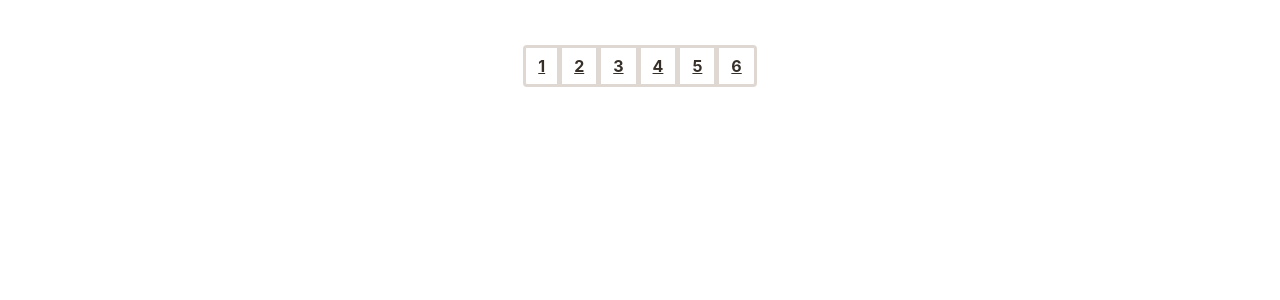
Repository: JK27/idioms-english-spanish
Page: http://localhost/
The author's editor kept a record of every edit. The page is drawn from the files as they stood at one moment, then again after the next edit.
The browser window is 1280 px wide. The pictures show the whole page.
Some web libraries are served in a nearby version. The page is served by the project's application, run on Flask 3 (idioms.py). Queries for data that is not in the repository find no rows.

Above is the page before.

### templates/idioms.html
{% extends "base.html" %} {% block content %}

<!------------------------------------------------------------------ Header row-->
<div class="row header-row">
    <!--<div class="col">-->
        <div class="d-none col-5">
            <h2>Spanish Idiom</h2>
        </div>
    <!--</div>-->
    <!--<div class="col">-->
        <div class="d-none col-md-2">
            <a class="btn btn-success btn-sm" id="add-button" href="{{url_for('add_idiom')}}" role="button"><strong>Add idiom </strong><i class="fas fa-plus-circle"></i></a>
        </div>
    <!--</div>-->
    <!--<div class="col">-->
        <div class="d-none col-md-5">
            <h2>English Idiom</h2>
        </div>
    <!--</div>-->
</div>
{% for idiom in idioms %}

<div class="row">
    <!----------------------------------------------------------------------------- Spanish idiom card-->

    <!--<div class="col-12 col-md-none mobile-card">-->
    <!--    <h4>Spanish Idiom</h4>-->
    <!--</div>-->
    <div class="card col-12 col-md-5" id="idiom-card">
        <div class="card-body">
            <h5 class="card-title"><em>"{{idiom.spanish_idiom}}"</em></h5>
            <p class="card-text"> {{idiom.english_literal}}</p>
            <p class="card-text">{{idiom.english_meaning}}</p>
        </div>
    </div>
    <!------------------------------------------------------------------------------ Middle column-->
    <div class="card middle-column col-12 col-md-2">
        <h5 class="card-title d-none d-md-block"><em>Equivalent idiom</em></h5>
        <p class="card-text d-none d-md-block">Literal translation</p>
        <p class="card-text d-none d-md-block">Meaning</p>
        <a class="btn btn-primary btn-sm middle-button" id="edit-button" href="{{url_for('edit_idiom', idiom_id=idiom._id)}}" role="button"><strong>Edit this idiom </strong><i class="fas fa-edit"></i></a>
        <a class="btn btn-danger btn-sm middle-button" id="delete-button" data-toggle="modal" href="#deletion-modal{{ idiom._id }}" role="button"><strong>Delete this idiom </strong><i class="fas fa-trash-alt"></i></a>

        <!-------------------------------------------------------------------------- Deletion modal-->

        <div class="modal" tabindex="-1" role="dialog" id="deletion-modal{{ idiom._id }}">
            <div class="modal-dialog" role="document">
                <div class="modal-content">
                    <div class="modal-header">
                        <h5 class="modal-title">Para el carro! - Hold your horses!</h5>
                        <button type="button" class="close" data-dismiss="modal" aria-label="Close">
          <span aria-hidden="true">&times;</span>
        </button>
                    </div>
                    <div class="modal-body">
                        <h6>Are you sure you want to delete this idiom?</h6>
                        <h5><em>"{{idiom.spanish_idiom}}"</em></h5>
                    </div>
                    <div class="modal-footer">
                        <button class="btn btn-secondary  btn-sm middle-button" id="cancel-button" data-dismiss="modal"><strong>Cancel </strong><i class="fas fa-undo-alt"></i></button>
                        <a class="btn btn-danger btn-sm middle-button" id="delete-button" href="{{url_for('delete_idiom', idiom_id=idiom._id)}}" role="button"><strong>Delete this idiom </strong><i class="fas fa-trash-alt"></i></a>
                    </div>
                </div>
            </div>
        </div>
    </div>

    <!----------------------------------------------------------------------------- English idiom card-->

    <!--<div class="col-12 col-md-none mobile-card">-->
    <!--    <h4>English Idiom</h4>-->
    <!--</div>-->
    <div class="card col-12 col-md-5" id="idiom-card">
        <div class="card-body">
            <h5 class="card-title"><em>"{{idiom.english_idiom}}"</em></h5>
            <p class="card-text">{{idiom.spanish_literal}}</p>
            <p class="card-text">{{idiom.spanish_meaning}}</p>
        </div>
    </div>

    <hr class="block-divider block-divider--long">

</div>

{% endfor %}

<div class="row">
    <div class="col">
        <nav aria-label="Page navigation">
            <ul class="pagination justify-content-center">
                <li class="page-item"><a class="page-link" href="{{url_for('get_idioms')}}"><strong>1</strong></a></li>
                <li class="page-item"><a class="page-link" href="{{url_for('page_two')}}"><strong>2</strong></a></li>
                <li class="page-item"><a class="page-link" href="{{url_for('page_three')}}"><strong>3</strong></a></li>
                <li class="page-item"><a class="page-link" href="{{url_for('page_four')}}"><strong>4</strong></a></li>
                <li class="page-item"><a class="page-link" href="{{url_for('page_five')}}"><strong>5</strong></a></li>
                <li class="page-item"><a class="page-link" href="{{url_for('page_six')}}"><strong>6</strong></a></li>
            </ul>
        </nav>
    </div>
</div>


{% endblock %}

### templates/base.html
<!DOCTYPE html>
<html lang="en">

<head>
    <meta charset="UTF-8">
    <meta name="viewport" content="width=device-width, initial-scale=1.0">
    <meta http-equiv="X-UA-Compatible" content="ie=edge">

    <link href="https://stackpath.bootstrapcdn.com/bootstrap/4.3.1/css/bootstrap.min.css" rel="stylesheet" integrity="sha384-ggOyR0iXCbMQv3Xipma34MD+dH/1fQ784/j6cY/iJTQUOhcWr7x9JvoRxT2MZw1T" crossorigin="anonymous">
    <link rel="stylesheet" href="{{url_for('static', filename='css/style.css')}}" type="text/css" />



    <title>Idioms English - Spanish</title>
</head>

<body>
    <div class="container">
        {% block content %} {% endblock %}
    </div>

    <script src="https://cdnjs.cloudflare.com/ajax/libs/jquery/3.4.1/jquery.min.js" integrity="sha256-CSXorXvZcTkaix6Yvo6HppcZGetbYMGWSFlBw8HfCJo=" crossorigin="anonymous"></script>
    <script src="https://stackpath.bootstrapcdn.com/bootstrap/4.3.1/js/bootstrap.min.js" integrity="sha384-JjSmVgyd0p3pXB1rRibZUAYoIIy6OrQ6VrjIEaFf/nJGzIxFDsf4x0xIM+B07jRM" crossorigin="anonymous"></script>
    <script src="https://kit.fontawesome.com/5d6ba07855.js"></script>

</body>

</html>

### idioms.py
import os
from flask import Flask, render_template, redirect, request, url_for
from flask_pymongo import PyMongo, pymongo
from bson.objectid import ObjectId

app = Flask(__name__)

app.config["MONGO_DBNAME"] = "idioms-and-proverbs"
app.config["MONGO_URI"] = "mongodb+srv://jk27:07diciembre18@cluster0-9pga0.mongodb.net/idioms-and-proverbs?retryWrites=true&w=majority"

mongo = PyMongo(app)

@app.route("/")
@app.route("/get_idioms")
def get_idioms():

    pageSize = 10
    pageNum = 1

    return render_template("idioms.html", idioms=mongo.db.idioms.find().skip(pageSize*(pageNum-1)).limit(pageSize).sort("_id", -1))

@app.route("/page_two")
def page_two():

    pageSize = 10
    pageNum = 2

    return render_template("idioms.html", idioms=mongo.db.idioms.find().skip(pageSize*(pageNum-1)).limit(pageSize).sort("_id", -1))

@app.route("/page_three")
def page_three():

    pageSize = 10
    pageNum = 3

    return render_template("idioms.html", idioms=mongo.db.idioms.find().skip(pageSize*(pageNum-1)).limit(pageSize).sort("_id", -1))

@app.route("/page_four")
def page_four():

    pageSize = 10
    pageNum = 4

    return render_template("idioms.html", idioms=mongo.db.idioms.find().skip(pageSize*(pageNum-1)).limit(pageSize).sort("_id", -1))

@app.route("/page_five")
def page_five():

    pageSize = 10
    pageNum = 5

    return render_template("idioms.html", idioms=mongo.db.idioms.find().skip(pageSize*(pageNum-1)).limit(pageSize).sort("_id", -1))

@app.route("/page_six")
def page_six():

    pageSize = 10
    pageNum = 6

    return render_template("idioms.html", idioms=mongo.db.idioms.find().skip(pageSize*(pageNum-1)).limit(pageSize).sort("_id", -1))




# ---------------------------------------------------------------------     Functions to add idioms -- #
@app.route("/add_idiom")
def add_idiom():
    return render_template("addidiom.html")

@app.route("/insert_idiom", methods=["POST"])                           #-- Data from form in addidiom.html is posted using this function...
def insert_idiom():
    idioms = mongo.db.idioms                                            #-- ... data is inserted to the idioms database...
    idioms.insert_one(request.form.to_dict())                           #-- ... inserting one item to the dictionary...
    return redirect(url_for("get_idioms"))                              #-- ... and then redirecting to /get_idioms

# ---------------------------------------------------------------------     Functions to edit idioms -- #
@app.route("/edit_idiom/ <idiom_id>")
def edit_idiom(idiom_id):                                               #-- Use idiom_id to target the idiom that want to edit
    the_idiom = mongo.db.idioms.find_one({"_id":ObjectId(idiom_id)})    #-- Retrieve the idiom from the idioms database, using its id to find it...
    return render_template("editidiom.html", idiom=the_idiom)           #-- ... and then redirecting to /editidiom.html

@app.route("/update_idiom/<idiom_id>", methods=["POST"])                #-- Data from form in editidiom.html is posted using this function...
def update_idiom(idiom_id):
    idioms = mongo.db.idioms                                            #-- ... data is updated in the idioms database...
    idioms.update({"_id":ObjectId(idiom_id)},                           #-- ... updating the item with a specific id...
    {
        "spanish_idiom": request.form.get("spanish_idiom"),             #-- ... each field for that item will be updated taking the input from...
        "english_literal": request.form.get("english_literal"),         #-- ... the corresponding field on the form
        "english_meaning": request.form.get("english_meaning"),
        "english_idiom": request.form.get("english_idiom"),
        "spanish_literal": request.form.get("spanish_literal"),
        "spanish_meaning": request.form.get("spanish_meaning")
    })
    return redirect(url_for("get_idioms"))

# -------------------------------------------------------------------- Function to delete idioms -- #
@app.route("/delete_idiom/<idiom_id>")
def delete_idiom(idiom_id):
    mongo.db.idioms.remove({"_id": ObjectId(idiom_id)})
    return redirect(url_for("get_idioms"))





if __name__ == "__main__":
    app.run(host=os.environ.get("IP"),
            port=int(os.environ.get("PORT")),
            debug=True)

### static/css/style.css
/*----------------------------------------------------------------- Header row */

h2 {
    text-align: center;
    text-decoration: underline;
}

.header-row {
    margin-top: 30px;
    margin-bottom: 15px;
}

.row {
    margin-right: 0px;
    margin-left: 0px;
}

#add-button {
    width: 100%;
    margin-top: 10px;
    background-color: #51774c;
    border-color: #51774c;
    border-width: medium;
}

#add-button:hover,
#add-button:active,
#add-button:focus,
#add-button:active:focus {
    color: #51774c;
    text-decoration: none;
    background-color: #ffffff;
    border-color: #51774c;
}

/*--------------------------------------------------------------------- Cards */

.card {
    margin-bottom: 15px;
}

#idiom-card {
    background-color: #ffcc9926;
    border-width: medium;
}

.mobile-card {
    text-decoration: underline;
    text-align: center;
}

/*--------------------------------------------------------------- Middle column */

.middle-column {
    border: 0;
    padding-top: 20px;
    text-align: center;
}

/* ------------------------------------------------------------------- Buttons */

.middle-button {
    margin-bottom: 5px;
}

.btn-block {
    margin-right: 15px;
    margin-left: 15px;
}

#edit-button {
    background-color: #7111b9;
    border-color: #7111b9;
    border-width: medium;
}

#edit-button:hover,
#edit-button:active,
#edit-button:focus,
#edit-button:active:focus {
    color: #7111b9;
    text-decoration: none;
    background-color: #ffffff;
    border-color: #7111b9;
}

#delete-button {
    background-color: #920815;
    border-color: #920815;
    border-width: medium;
}

#delete-button:hover,
#delete-button:active,
#delete-button:focus,
#delete-button:active:focus {
    color: #920815;
    text-decoration: none;
    background-color: #ffffff;
    border-color: #920815;
}

/*----------------------------------------------------------------- Block divider */

.block-divider {
    width: 100%;
    height: 5px;
    border: 0;
    background-color: #dfd8d2;
}

/*------------------------------------------------------------------ Deletion modal */

#cancel-button {
    background-color: #33373a;
    border-color: #33373a;
    border-width: medium;
}

#cancel-button:hover,
#cancel-button:active,
#cancel-button:focus,
#cancel-button:active:focus {
    color: #33373a;
    text-decoration: none;
    background-color: #ffffff;
    border-color: #33373a;
}

/* ---------------------------------------------------------------- Pagination */

.page-link {
    color: #362f29;
    text-decoration: underline;
    border-width: medium;
    border-color: #dfd8d2;
}

.page-link:hover,
.page-link:active,
.page-link:focus,
.page-link:active:focus {
    color: #362f29;
    text-decoration: none;
    border-color: #362f29;
}

/*-------------------------------------------------------------- Media queries */

@media (min-width: 768px) {
    .card {
        word-wrap: normal;
    }
}

@media (max-width: 767px) {
    .header-item {
        display: none;
    }
    .middle-column {
        padding-top: 0;
    }
}

After the next edit:
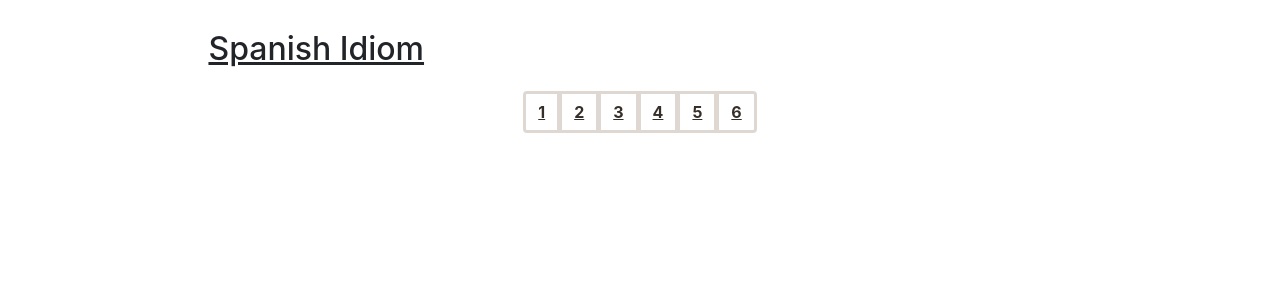
The edit:
--- a/templates/idioms.html
+++ b/templates/idioms.html
@@ -3,7 +3,7 @@
 <!------------------------------------------------------------------ Header row-->
 <div class="row header-row">
     <!--<div class="col">-->
-        <div class="d-none col-5">
+        <div class="col-d-none col-5">
             <h2>Spanish Idiom</h2>
         </div>
     <!--</div>-->
